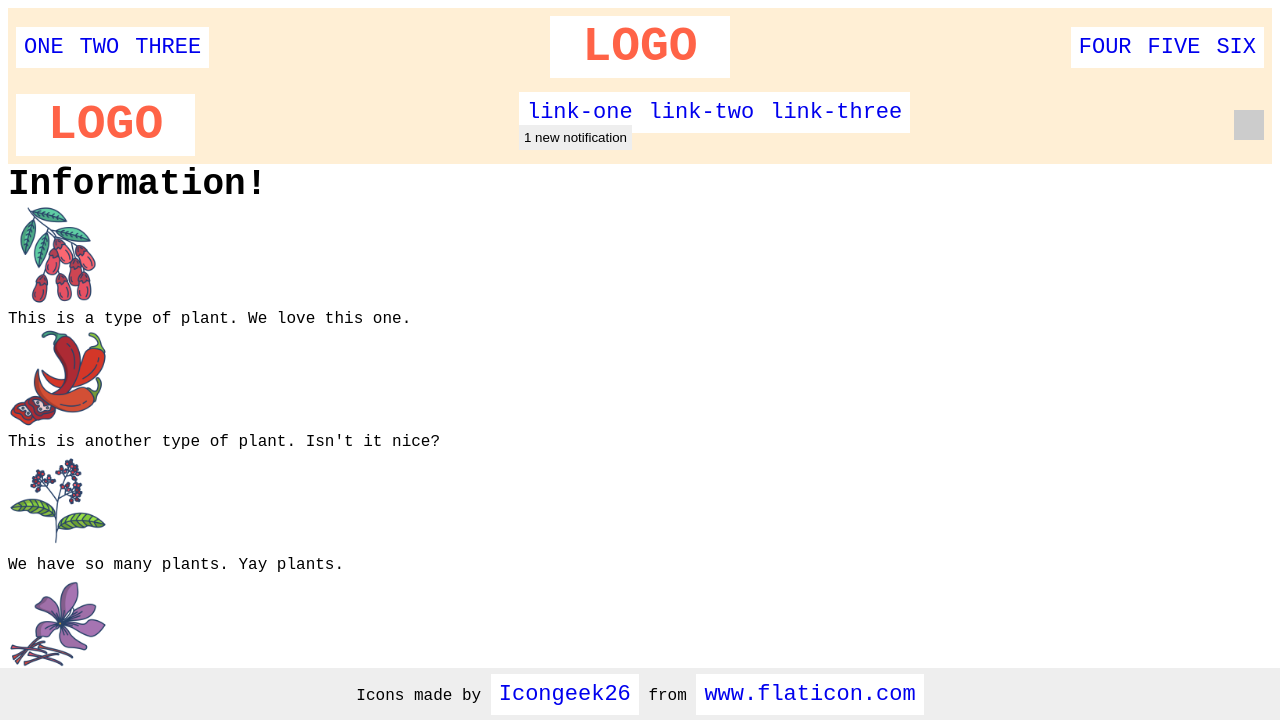
Repository: HeliosAI9/First-test-website
Page: mywebsite/html-boilerplate/pages/flex.html
The author's editor kept a copy of each file at every save. The page is drawn from the files as they stood at one save, then again after the next save.
The browser window is 1280 px wide. The pictures show the whole page.
Some web fonts or font styles are not loaded; a fallback is used.

Above is the page before, as saved 2023-06-03 01:15:12.

### mywebsite/html-boilerplate/pages/flex.html
<!DOCTYPE html>
<html lang="en">
  <head>
    <meta charset="UTF-8">
    <meta http-equiv="X-UA-Compatible" content="IE=edge">
    <meta name="viewport" content="width=device-width, initial-scale=1.0">
    <title>Flex Header</title>
    <link rel="stylesheet" href="../css/flex.css">
  </head>
  <body>
    <div class="header">
      <div class="left-links">
        <ul>
          <li><a href="#">ONE</a></li>
          <li><a href="#">TWO</a></li>
          <li><a href="#">THREE</a></li>
        </ul>
      </div>
      <div class="logo">LOGO</div>
      <div class="right-links">
        <ul>
          <li><a href="#">FOUR</a></li>
          <li><a href="#">FIVE</a></li>
          <li><a href="#">SIX</a></li>
        </ul>
      </div>
    </div>

    <header class="header">
        <div class="logo">
          LOGO
        </div>
        <nav class="nav">
          <ul class="links">
            <li><a href="google.com">link-one</a></li>
            <li><a href="google.com">link-two</a></li>
            <li><a href="google.com">link-three</a></li>
          </ul>
          <button class="notifications">
            1 new notification
          </button>
        </nav>
        <div class="profile-image"></div>
      </header>
  </body>
  <body>
    <div class="title">Information!</div>

    <img src="../images/barberry.png" alt="barberry">
    <div class="text">This is a type of plant. We love this one.</div>
    <img src="../images/chilli.png" alt="chili">
    <div class="text">This is another type of plant. Isn't it nice?</div>

    <img src="../images/pepper.png" alt="pepper">
    <div class="text">We have so many plants. Yay plants.</div>

    <img src="../images/saffron.png" alt="saffron">
    <div class="text">I'm running out of things to say about plants.</div>

    <!-- disregard this section, it's here to give attribution to the creator of these icons -->
    <div class="footer">
      <div>Icons made by <a href="https://www.flaticon.com/authors/icongeek26" title="Icongeek26">Icongeek26</a> from <a href="https://www.flaticon.com/" title="Flaticon">www.flaticon.com</a></div>
    </div>
  </body>
</html>

### mywebsite/html-boilerplate/css/flex.css
@import url('https://fonts.googleapis.com/css2?family=Besley:ital,wght@0,400;1,900&display=swap');

.header {
    display: flex;
    justify-content: space-between;
    align-items: center;
    background: papayawhip;
    padding: 8px;
    font-family: 'Besley', monospace;
  }

  .logo {
    font-size: 48px;
    font-weight: 900;
    color: tomato;
    background: white;
    padding: 4px 32px;
  }

  ul {
    list-style-type: none;
    display: flex;
    margin: 0;
    padding: 0;
  }

  a {
    font-size: 22px;
    background: white;
    padding: 8px;
    text-decoration: none;
  }

  .notifications {
    background-color: #eee;
    border: none;
    padding: 5px;
  }

  .profile-image {
    width: 30px;
    height: 30px;
    background-color: #ccc;
  }

  body {
    font-family: 'Courier New', Courier, monospace;
  }

  img {
    width: 100px;
    height: 100px;
  }

  .title {
    font-size: 36px;
    font-weight: 900;
  }

  /* do not edit this footer */
  .footer {
    position: fixed;
    bottom: 0;
    left: 0;
    right: 0;
    height: 52px;
    display: flex;
    align-items: center;
    justify-content: center;
    background: #eee;
  }

After the next save:
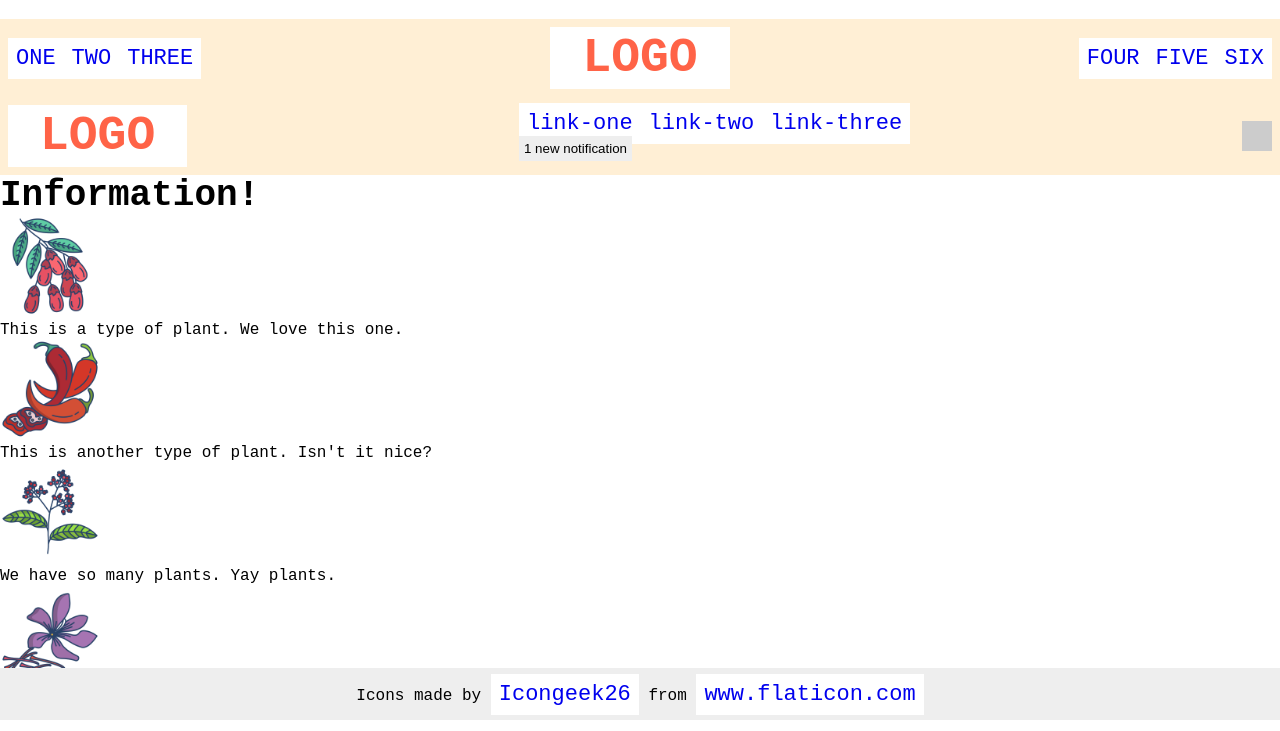
Saved 115 s later.
--- a/mywebsite/html-boilerplate/css/flex.css
+++ b/mywebsite/html-boilerplate/css/flex.css
@@ -45,6 +45,7 @@
 
   body {
     font-family: 'Courier New', Courier, monospace;
+    display: inline;
   }
 
   img {

After the save that followed:
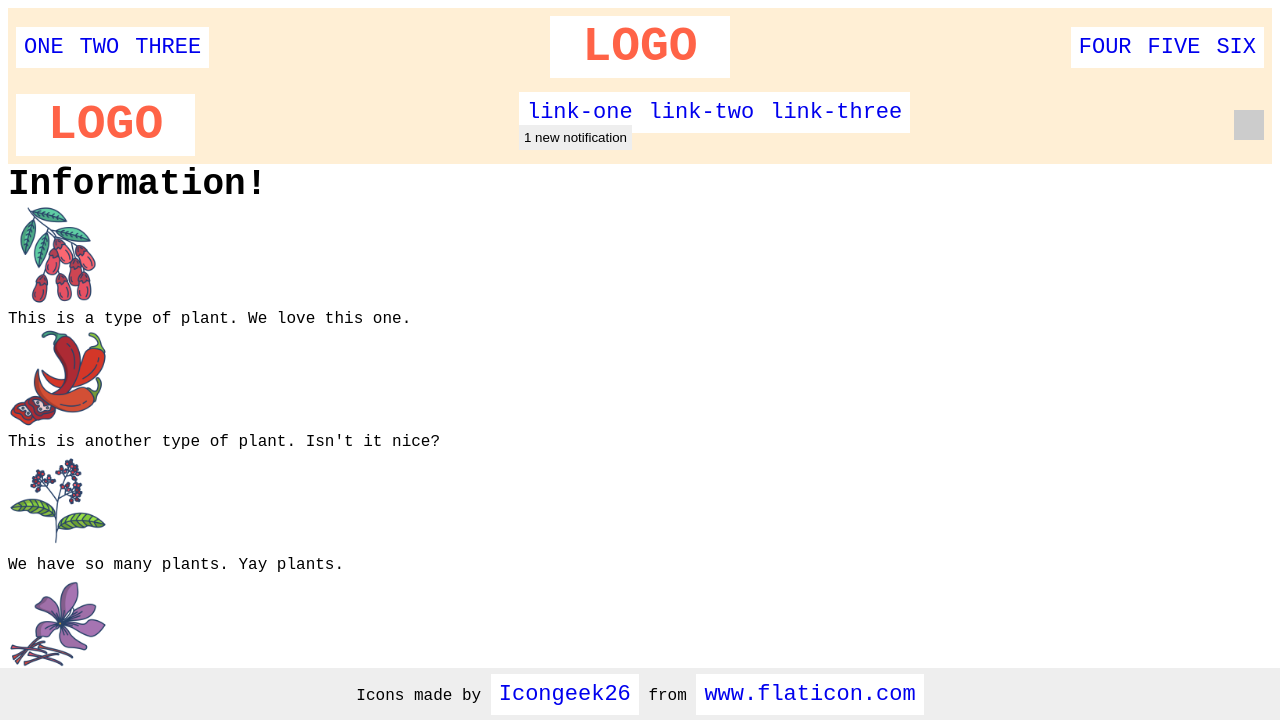
Saved 14 s later.
--- a/mywebsite/html-boilerplate/css/flex.css
+++ b/mywebsite/html-boilerplate/css/flex.css
@@ -45,7 +45,7 @@
 
   body {
     font-family: 'Courier New', Courier, monospace;
-    display: inline;
+    display: start;
   }
 
   img {
